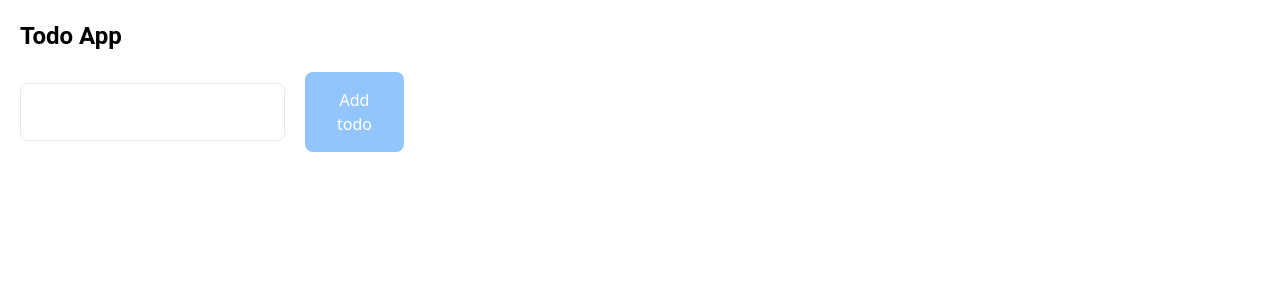
Repository: vophuocthanh/react-typescript
Page: /
The author's editor kept a copy of each file at every save. The page is drawn from the files as they stood at one save, then again after the next save.
The browser window is 1280 px wide. The pictures show the whole page.
The project was rebuilt for these pictures with package versions that can differ from the ones it lists, and the page was loaded fresh each time. Also part of the build but not shown: vite.config.ts.

Above is the page before, as saved 2023-04-04 23:27:08.

After the next save:
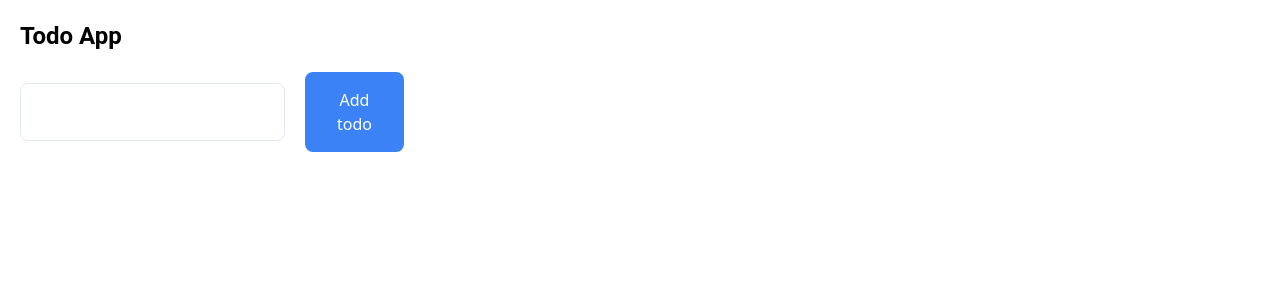
Saved 7 s later.
--- a/src/App.tsx
+++ b/src/App.tsx
@@ -12,7 +12,7 @@ const App = () => {
             type="text"
             className="p-4 border border-slate-200 rounded-lg"
           />
-          <button className="p-4 rounded-lg bg-blue-300 text-white text-center">
+          <button className="p-4 rounded-lg bg-blue-500 text-white text-center">
             Add todo
           </button>
         </div>
